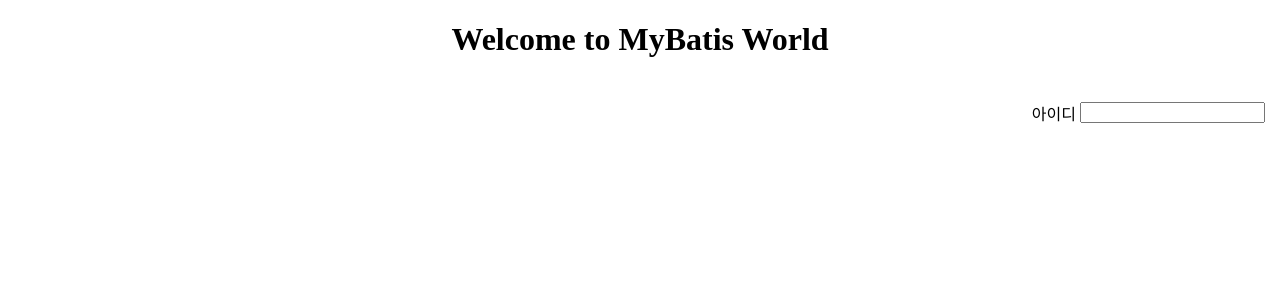
Repository: kimalbab/07_mybatis
Page: http://localhost/mybatisProject/
The author's editor kept a copy of each file at every save. The page is drawn from the files as they stood at one save, then again after the next save.
The browser window is 1280 px wide. The pictures show the whole page.
The page is served by Tomcat 9.

Above is the page before, as saved 2022-08-12 05:34:56.

After the next save:
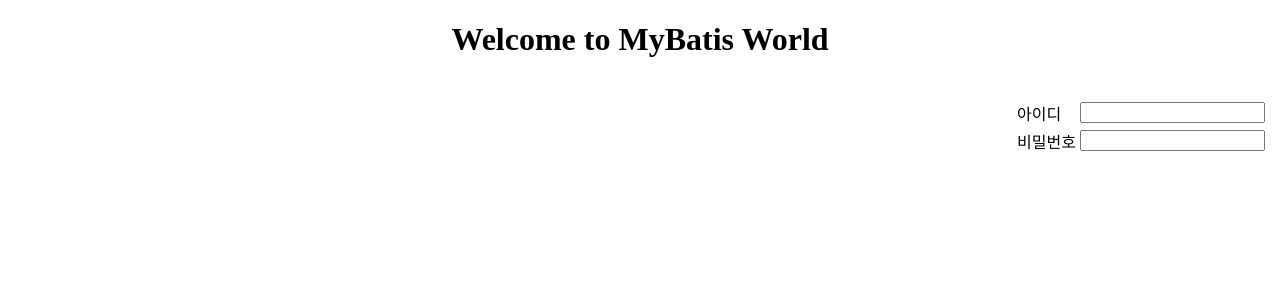
Saved 38 s later.
--- a/mybatisProject/src/main/webapp/WEB-INF/views/common/menubar.jsp
+++ b/mybatisProject/src/main/webapp/WEB-INF/views/common/menubar.jsp
@@ -23,8 +23,8 @@
 							<td></td>
 						</tr>
 						<tr>
-							<td></td>
-							<td></td>
+							<td>비밀번호</td>
+							<td><input type="password" name="password"></td>
 							<td></td>
 						</tr>
 						<tr>
